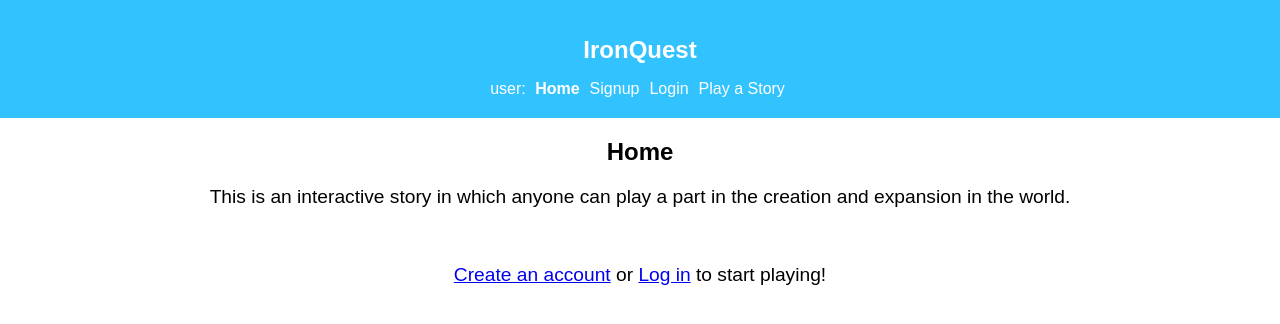
Repository: MikeTroianello/project4
Page: / (app in client/)
These files come from the project's save history. The page is drawn as it stood at one moment and after the next save; the edit follows.
The browser window is 1280 px wide. The pictures show the whole page.
The page's requests for data from a server got no answer. The project was rebuilt for these pictures with package versions that can differ from the ones it lists, and the page was loaded fresh each time. No one was signed in, and anything a server would have sent is missing. Also part of the build but not shown: client/src/components/pages/StoryPage.jsx, client/src/components/pages/CreateStory.jsx, client/src/components/pages/ReadStory.jsx, client/src/components/pages/Login.jsx, client/src/components/pages/Signup.jsx.

Above is the page before, as saved 2019-03-21 13:15:08.

After the next save:
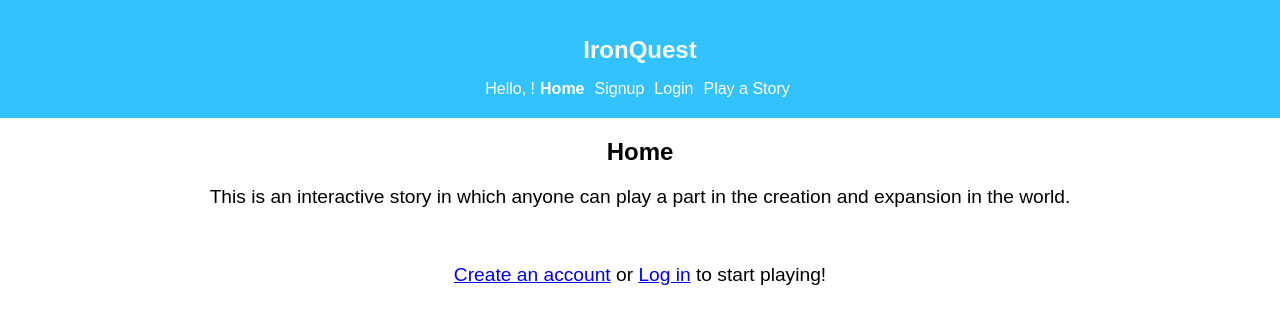
Saved 24 s later.
--- a/client/src/components/App.jsx
+++ b/client/src/components/App.jsx
@@ -38,7 +38,7 @@
       <div className="App">
         <header className="App-header">
           <h1 className="App-title">IronQuest</h1>
-          user: {this.state.user.username}
+          Hello, {this.state.user.username}!
           <NavLink to="/" exact>Home</NavLink>
           {!api.isLoggedIn() && <NavLink to="/signup">Signup</NavLink>}
           {!api.isLoggedIn() && <NavLink to="/login">Login</NavLink>}

After the 3 saves that followed:
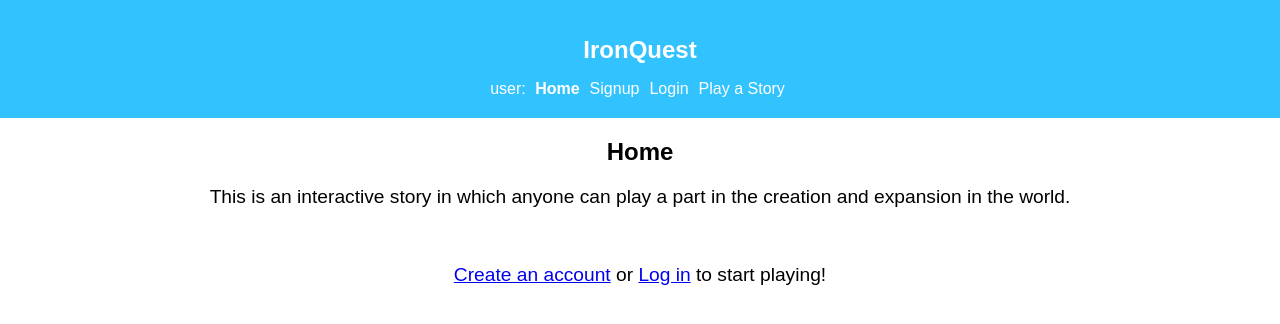
The 3 saves are shown as one change because 2 did not build or start.
The last was saved 2 min 1 s later.
--- a/client/src/components/App.jsx
+++ b/client/src/components/App.jsx
@@ -38,7 +38,7 @@
       <div className="App">
         <header className="App-header">
           <h1 className="App-title">IronQuest</h1>
-          Hello, {this.state.user.username}!
+          user: {this.state.user.username}
           <NavLink to="/" exact>Home</NavLink>
           {!api.isLoggedIn() && <NavLink to="/signup">Signup</NavLink>}
           {!api.isLoggedIn() && <NavLink to="/login">Login</NavLink>}
